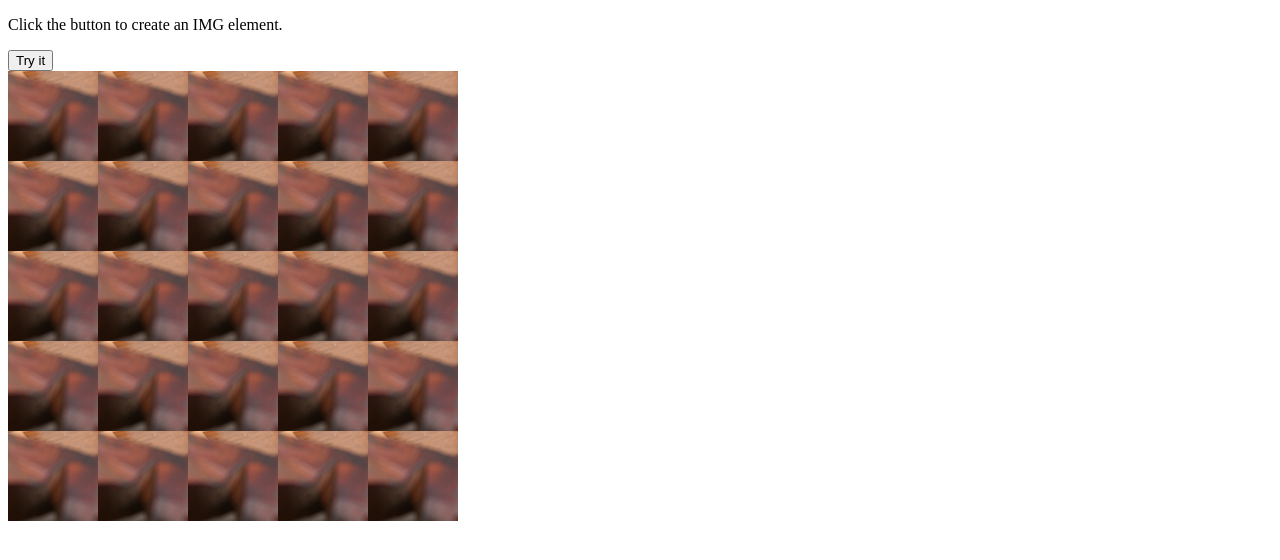
Repository: rashmikagamage/puzzle-vanila-js
Page: index.html
An editor plug-in stored every save of this project. The page is shown before and after the next save, followed by the edit.
The browser window is 1280 px wide. The pictures show the whole page.

Above is the page before, as saved 2020-08-05 22:12:53.

### index.html
<!DOCTYPE html>
<html>

<head>
    <link rel="stylesheet" type="text/css" href="./style.css">
</head>

<body>

    <p>Click the button to create an IMG element.</p>

    <button onclick="myFunction(5)">Try it</button>
    <div class="gridContainer" id="imgContainer"></div>
    <script src="./function.js">
    </script>

</body>

</html>

### style.css
.gridContainer {
    display: grid;
}

### function.js
function myFunction(num) {

    let cellSize = 450 / num + "px";
    let diff = 100 / num;
    let grid = "";
    let row = num;
    let col = num;
    let idCount = 0
    let xPosition = 00;
    let yPosition = 60;
    console.log(cellSize)

    for (let i = 0; i < num; i++) {
        grid = grid + cellSize + " ";
    }

    document.getElementById("imgContainer").style.gridTemplateColumns = grid;

    for (let i = 0; i < row; i++) {

        let yPosition = 0;

        for (let j = 0; j < col; j++) {

            var x = document.createElement("div");
            x.style.width = cellSize;
            x.style.height = cellSize;
            x.style.backgroundImage = "url('./chess.jpg')"
            x.style.backgroundPosition = "-90px 90px" //xPosition + "% " + yPosition + "%"
            x.id = "img" + idCount;
            document.getElementById("imgContainer").appendChild(x);
            // yPosition = yPosition + (100/num);
        }
        // xPosition = xPosition + (100/num);
    }
}

myFunction(5);

After the next save:
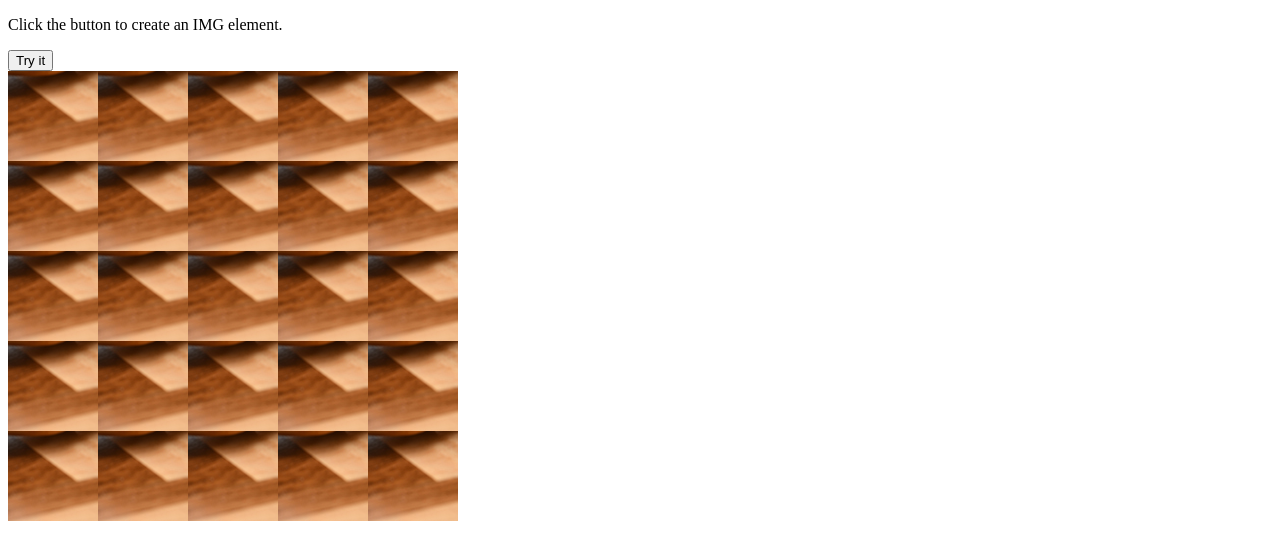
Saved 22 s later.
--- a/function.js
+++ b/function.js
@@ -26,7 +26,7 @@
             x.style.width = cellSize;
             x.style.height = cellSize;
             x.style.backgroundImage = "url('./chess.jpg')"
-            x.style.backgroundPosition = "-90px 90px" //xPosition + "% " + yPosition + "%"
+            x.style.backgroundPosition = "90px 90px" //xPosition + "% " + yPosition + "%"
             x.id = "img" + idCount;
             document.getElementById("imgContainer").appendChild(x);
             // yPosition = yPosition + (100/num);
